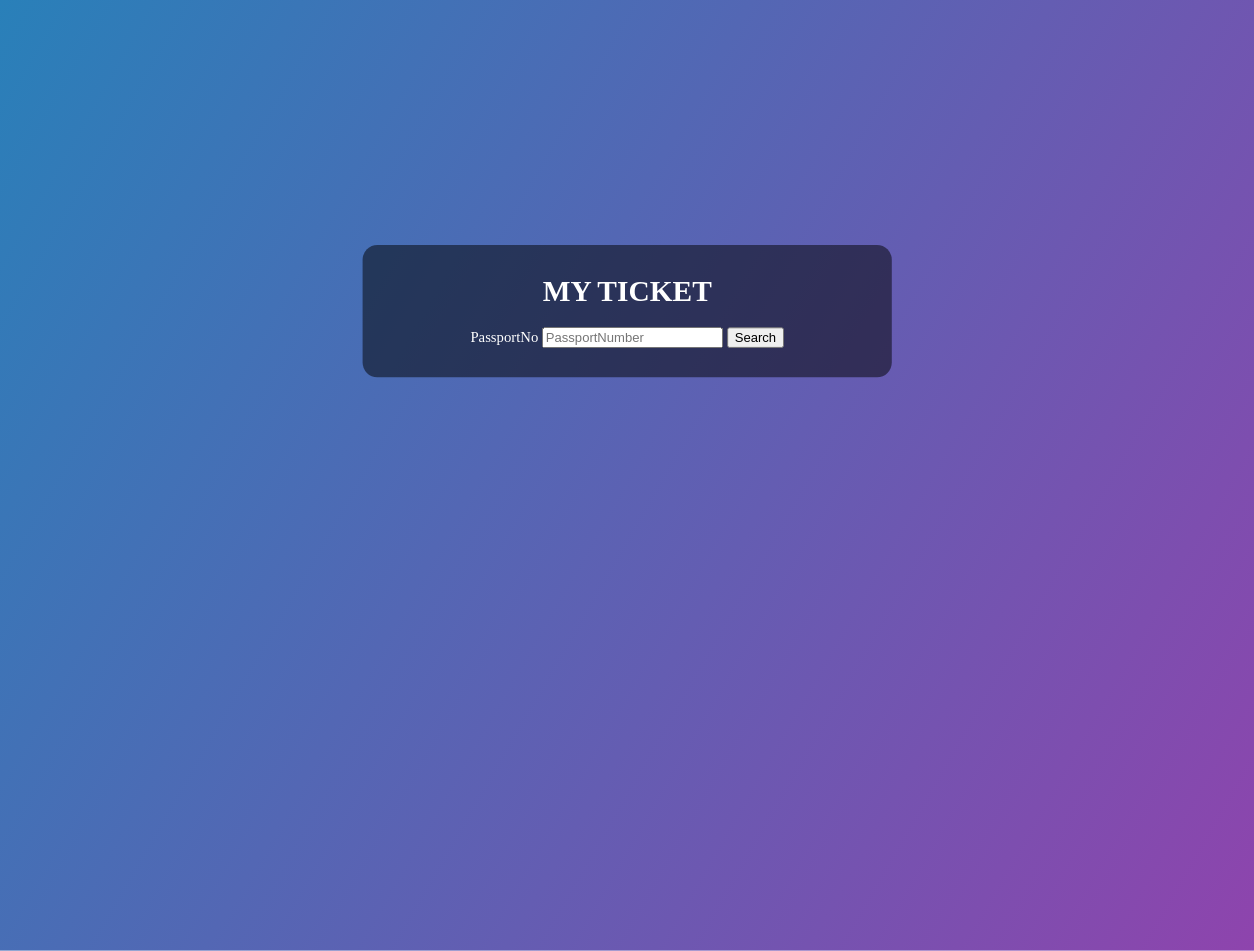
Repository: kalpesh3070/backend2
Page: flyaway/src/main/webapp/My_Ticket.html
An editor plug-in stored every save of this project. The page is shown before and after the next save, followed by the edit.
The browser window is 1280 px wide. The pictures show the whole page, at 98% of full size.

Above is the page before, as saved 2022-11-13 19:20:16.

After the next save:
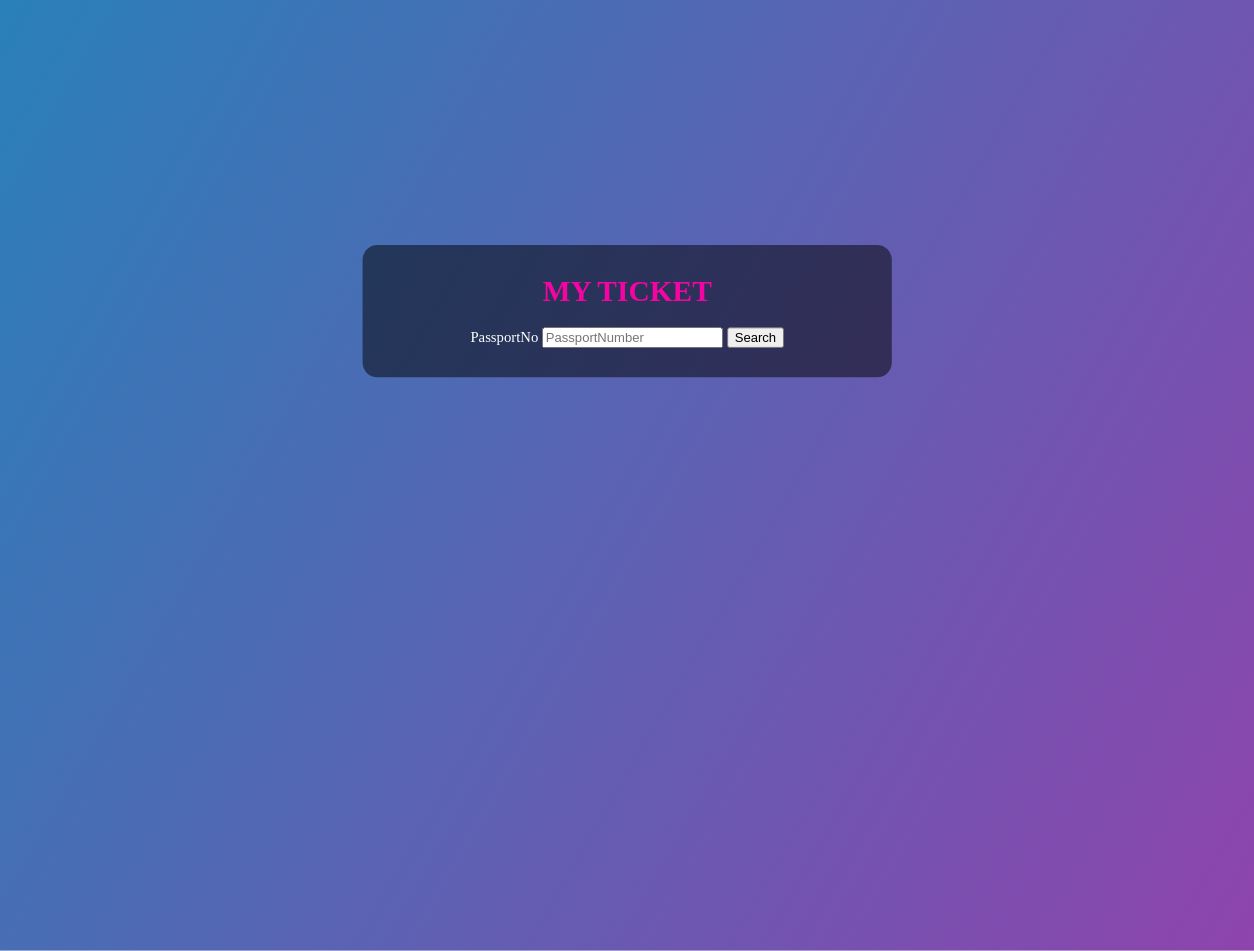
Saved 39 s later.
--- a/flyaway/src/main/webapp/My_ticket.css
+++ b/flyaway/src/main/webapp/My_ticket.css
@@ -16,3 +16,7 @@ color:white;
 font-size:15px;
 border-radius: 15px;
 }
+.body h1{
+	color:#f603a3;
+	text-align: center;
+}
